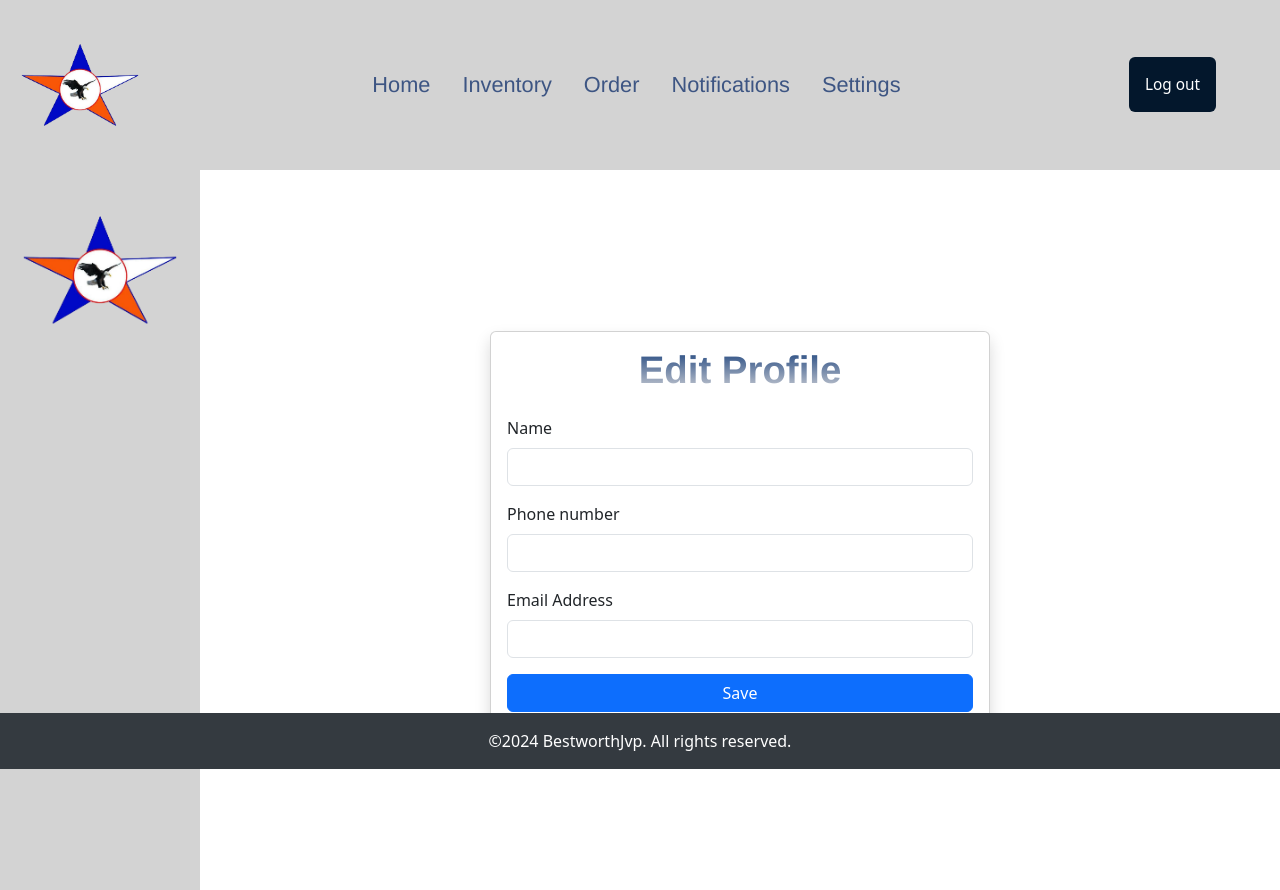
Repository: OVictor21/inventory
Page: /Editprofile
The author's editor kept a copy of each file at every save. The page is drawn from the files as they stood at one save, then again after the next save.
The browser window is 1280 px wide. The pictures show the whole page.
The project was rebuilt for these pictures with package versions that can differ from the ones it lists, and the page was loaded fresh each time. Also part of the build but not shown: src/components/login.jsx, src/components/signup.jsx, src/components/reset1.jsx, src/components/reset2.jsx, src/pages/Admin.jsx, src/pages/setting.jsx.

Above is the page before, as saved 2024-12-16 22:20:25.

### src/index.css

.logo {
  background-size: cover;
  background-repeat: no-repeat;
  background-position: center;
  height: auto;
  width:9rem ;
}

.sign-in{
  width: 40vw;
  height: 65vw;
  left: 45vw;
  top: -10vw;
  overflow: hidden;
}

.login {
  display: flex;
  flex-direction: column;
  min-height: 100vh;
  overflow: hidden;

}

.nav-body {
  flex-grow: 1;
  background-color: #D3D3D3;
  width: 35vw;
  height: 65vw;
}

.text{
  top: 5vw;
  left: 6vw;
  background: linear-gradient(180deg, rgb(51, 85, 136) 13.5%, rgb(206, 208, 214) 100%);
  -webkit-background-clip: text !important;
  background-clip: text;
  -webkit-text-fill-color: transparent;
  text-fill-color: transparent;
  font-family: "Montserrat-Bold", Helvetica;
  font-weight: 700;
  color: transparent;
  font-size: 4vw;
  letter-spacing: 0;
  line-height: normal;
}



.text-wrapper-8 {
  background: linear-gradient(180deg, rgb(51, 85, 136) 13.5%, rgb(206, 208, 214) 100%);
  -webkit-background-clip: text !important;
  background-clip: text;
  -webkit-text-fill-color: transparent;
  text-fill-color: transparent;
  font-family: "Montserrat-Bold", Helvetica;
  font-weight: 600;
  color: transparent;
  font-size: 2vw;
  letter-spacing: 0;
  line-height: normal;
  top: 13vw;
  left: 6vw;
}

.email-text{
  font-size: 1.2vw;

}

.email{
  top: 17vw;
  left: 6vw;
}

.email-in{
  top: 23vw;
  left: 6vw;
  width: 80%;
  max-width: 80%;
  height: 5%;
}

.pass{
  top: 27vw;
  left: 6vw;
}

.pass-in{
  top: 33vw;
  left: 6vw;
  width: 80%;
  max-width: 80%;
  height: 5%;

}

.text-wrapper-7{
  font-family: "Montserrat-Regular", Helvetica;
  font-weight: 400;
  color: #00000061;
  font-size: 1.3vw;
  letter-spacing: 0;
  line-height: normal;
  top: 30vw;
  text-decoration: none;
  right: 2vw;
}



.sign-btn{
  background: linear-gradient(180deg, rgb(51, 85, 136) 93.5%, rgb(206, 208, 214) 97%);
  font-family: "Montserrat-Bold", Helvetica;
  font-weight: 700;
  font-size: 1.5rem;
  letter-spacing: 0;
  line-height: normal;
  width: 80%;
  height: 3rem;
  top: 42vw;
  left: 6vw;
  /* box-shadow: 0px 22px 75px #00000040; */
}


.acct{
  font-family: "Montserrat-Regular", Helvetica;
  font-weight: 700;
  color: #000000;
  font-size: 1.5vw;
  letter-spacing: 0;
  line-height: normal;
  top: 52vw;
  left: 6vw;
}

.acct-1{
  font-family: "Montserrat-Bold", Helvetica;
  font-weight: 700;
  color: rgb(51, 85, 136);
  font-size: 1.5vw;
  text-decoration: none;
  letter-spacing: 0;
  line-height: normal;
  top: 52vw;
  right: 3vw;
}



.pass-text{
font-size: 1.2vw;
}
.footer-body {
  background-color: #343a40; /* Example background color */
  text-align: center;
  padding: 1rem 0;
  margin-top: auto; /* Pushes the footer to the bottom */
}



.side{
  background-color: #D3D3D3;
}
.footers{
  top: 99vh;
  right: 0vw;
  background-color: #343a40;
}

.signuptext{
  top: 5vw;
  left: 6vw;
  background: linear-gradient(180deg, rgb(51, 85, 136) 13.5%, rgb(206, 208, 214) 100%);
  -webkit-background-clip: text !important;
  background-clip: text;
  -webkit-text-fill-color: transparent;
  text-fill-color: transparent;
  font-family: "Montserrat-Bold", Helvetica;
  font-weight: 700;
  color: transparent;
  font-size: 3vw;
  letter-spacing: 0;
  line-height: normal;
}

.nav{
  background-color: #D3D3D3;
}

.logo{
  width: 10vw;
  height: 7vw;
}

nav {
  background-color: #D3D3D3;

}


.navbar-brand img {
  max-width: 10vw;
  min-width: 5vw;
}

.navv{
  color: white;
}

.nav-text-current {
  font-family: "Montserrat", Helvetica;
  font-weight: 700;
  color: #ffffff;
  font-size: 1.5vw;
}

.nav-text {
  font-family: "Montserrat", Helvetica;
  font-weight: 700;
  color: #ffffff;
  font-size: 2.5vw;

}

.nav-link.nav-text {
  font-family: "Montserrat", Helvetica;
  font-weight: 400;
  color: #3d5583 !important;
  font-size: 1.7vw;
}

.navbar-nav .nav-link.nav-text:hover {
  color: rgb(143, 174, 240) !important;
}

.logout{
  background-color: #03172c !important;
}

.logout:hover {
  color: rgb(143, 174, 240) !important;
}

.nav-link.nav-text-2{
  color: white;
  font-size: 1.2vw;
}

.nav-link.nav-text-2:hover{
  color: rgb(143, 174, 240) !important;
}

.admin-body{
  background-color: #03172c;
}

.inventory{
  width: 35vw;
  height: 10vw;
  background-color:rgb(143, 174, 240) ;
  overflow: hidden;
}

.inventory-logo{
  width: 5vw;
  height: 3vw;
}

.admin-text{
  font-size: 2vw;
  font-weight: 600;
  color: #03172c ;
  left: 16vw;
  top:3vw;
}

.admin-footer {
  background-color: #343a40; /* Example background color */
  text-align: center;
  padding: 1rem 0;
  margin-top: auto; /* Pushes the footer to the bottom */
}

.admin-logo{
  left: 5vw;
  top:2vw;
}
.setting-body{
  background-color: #03172c;
}
.setting{
  width: 30vw;
  height: 38vw;
  background-color:rgb(143, 174, 240) ;
  overflow: hidden;
  left: 36vw;
  top: 10vw;
}

.user-logo{
  width: 3vw;
  height: 3vw;
}

.profile-logo{
  left: 3vw;
  top:4vw;
}

.user-text{
  font-size: 2vw;
  font-weight: 600;
  color: #03172c ;
  left: 8vw;
  top:4vw;
}

.security-text{
  font-size: 2vw;
  font-weight: 600;
  color: #03172c ;
  left: 8vw;
  top:8vw;
}

.notify-text{
  font-size: 2vw;
  font-weight: 600;
  color: #03172c ;
  left: 8vw;
  top:12vw;
}

.help-text{
  font-size: 2vw;
  font-weight: 600;
  color: #03172c ;
  left: 8vw;
  top:16vw;
}

.acc-text{
  font-size: 2vw;
  font-weight: 600;
  color: #03172c ;
  left: 8vw;
  top:20vw;
}

.logout-text{
  font-size: 2vw;
  font-weight: 600;
  color: #03172c ;
  left: 8vw;
  top:24vw;
}

.logout-text:hover{
  color: rgb(46, 105, 231) !important;
}

.acc-text:hover{
  color: rgb(46, 105, 231) !important;
}

.help-text:hover{
  color: rgb(46, 105, 231) !important;
}

.notify-text:hover{
  color: rgb(46, 105, 231) !important;
}

.security-text:hover{
  color: rgb(46, 105, 231) !important;
}

.user-text:hover{
  color: rgb(46, 105, 231) !important;
}

.security-logo{
  left: 3vw;
  top:8vw;
}

.notify-logo{
  left: 3vw;
  top:12vw;
}

.help-logo{
  left: 3vw;
  top:16vw;
}

.acc-logo{
  left: 3vw;
  top:20vw;
}

.logout-logo{
  left: 3vw;
  top:24vw;
}

.setting-text{
  font-size: 3vw;
  font-weight: 600;
}

### src/App.js
// import Navbar from './components/navbar';
import 'bootstrap/dist/css/bootstrap.min.css';
import { BrowserRouter as Router, Route, Routes } from "react-router-dom";
// import Home from "./components/home";
import Login from "./components/login";
import Signup from './components/signup';
import Reset1 from './components/reset1';
import Reset2 from './components/reset2';
import Admin from './pages/Admin';
import Setting from './pages/setting';
import Editprofile from './pages/editprofile';



function App() {
  return (
    <div className="App">
      <Router>
      <Routes>
        <Route path="/Login" element={<Login />} />
        <Route path="/Signup" element={<Signup/>} />
        <Route path='/Reset1' element={<Reset1/>} />
        <Route path='/Reset2' element={<Reset2 />} />
        <Route path='/Admin' element={<Admin/>} />
        <Route path='/Setting' element={<Setting/>}/>
        <Route path='/Editprofile' element={<Editprofile/>}/>

      </Routes>
    </Router>
    </div>
  );
}

export default App;

### src/pages/editprofile.jsx
import Navbar from "../components/navbar";

const Editprofile = () => {
  return (
   <div>  <Navbar/>
    <div className="d-flex">

    <div className="side text-white d-flex flex-column align-items-center p-3 vh-100" style={{ width: '200px' }}>
      <a href="/" className="d-block mb-4">
        <img
          src="./logo.png"
          alt="Logo"
          className="img-fluid"
        />
      </a>
    </div>


    <div className="flex-grow-1 d-flex flex-column justify-content-center align-items-center p-4">
      <div className="card shadow p-3" style={{ maxWidth: '500px', width: '100%' }}>
        <h3 className="text-center mb-4 signuptext">Edit Profile</h3>
        <form>
          <div className="mb-3">
            <label htmlFor="name" className="form-label">
              Name
            </label>
            <input type="text" className="form-control" id="name" required />
          </div>
          <div className="mb-3">
            <label htmlFor="name" className="form-label">
              Phone number
            </label>
            <input type="text" className="form-control" id="name" required />
          </div>
          <div className="mb-3">
            <label htmlFor="email" className="form-label">
              Email Address
            </label>
            <input type="email" className="form-control" id="email" required />
          </div>

          <div className="d-grid">
            <button type="submit" className="btn btn-primary">
              Save
            </button>
          </div>


        </form>
      </div>

      {/* Footer */}
      <footer className="mt-auto text-center py-3 w-100 position-absolute footers text-white ">
        <p className="mb-0">&copy;2024 BestworthJvp. All rights reserved.</p>

      </footer>
    </div>
  </div>
  </div>
  )
}

export default Editprofile;

### src/components/navbar.jsx
import 'bootstrap/dist/js/bootstrap.bundle.min';

const Navbar = () => {
  return (
    <nav className="navbar navbar-expand-md justify-content-center p-3 z-1">

    <a className="navbar-brand d-flex me-auto" href="all">
        <img class="block w-100" src="/logo.png" alt="Logo"/>
    </a>
   <button class="navbar-toggler ms-auto" type="button" data-bs-toggle="collapse"
                data-bs-target="#collapseNavbar">
                <span class="navbar-toggler-icon"></span>
            </button>
    <div className="navbar-collapse collapse" id="collapseNavbar">

        <ul className="navbar-nav justify-content-center w-100">
            <li class="nav-item m-2 ">
                <a className="nav-link nav-text" href="/Home">Home</a>
            </li>

            <li className="nav-item m-2">
                <a className="nav-link nav-text" href="/Iventory">Inventory</a>
            </li>
            <li className="nav-item m-2">
                <a className="nav-link nav-text" href="/Order">Order</a>
            </li>
            <li className="nav-item m-2">
                <a className="nav-link nav-text" href="/Notifications">Notifications</a>
            </li>
            <li className="nav-item m-2">
                <a className="nav-link nav-text" href="/Setting">Settings</a>
            </li>

        </ul>

        <ul className="navbar-nav ms-auto justify-content-end mx-5">
                    <li className="nav-item logout p-2 rounded-2">
                        <a className="nav-link nav-text-2 text-nowrap" href="/Sign in/index.html">Log out</a>
                    </li>
                </ul>
    </div>
</nav>
  )
}

export default Navbar;


<script src="https://cdn.jsdelivr.net/npm/bootstrap@5.3.0/dist/js/bootstrap.bundle.min.js"></script>

Loaded but not shown: public/index.html (common file); src/index.js (common file); src/reportWebVitals.js (common file)

After the next save:
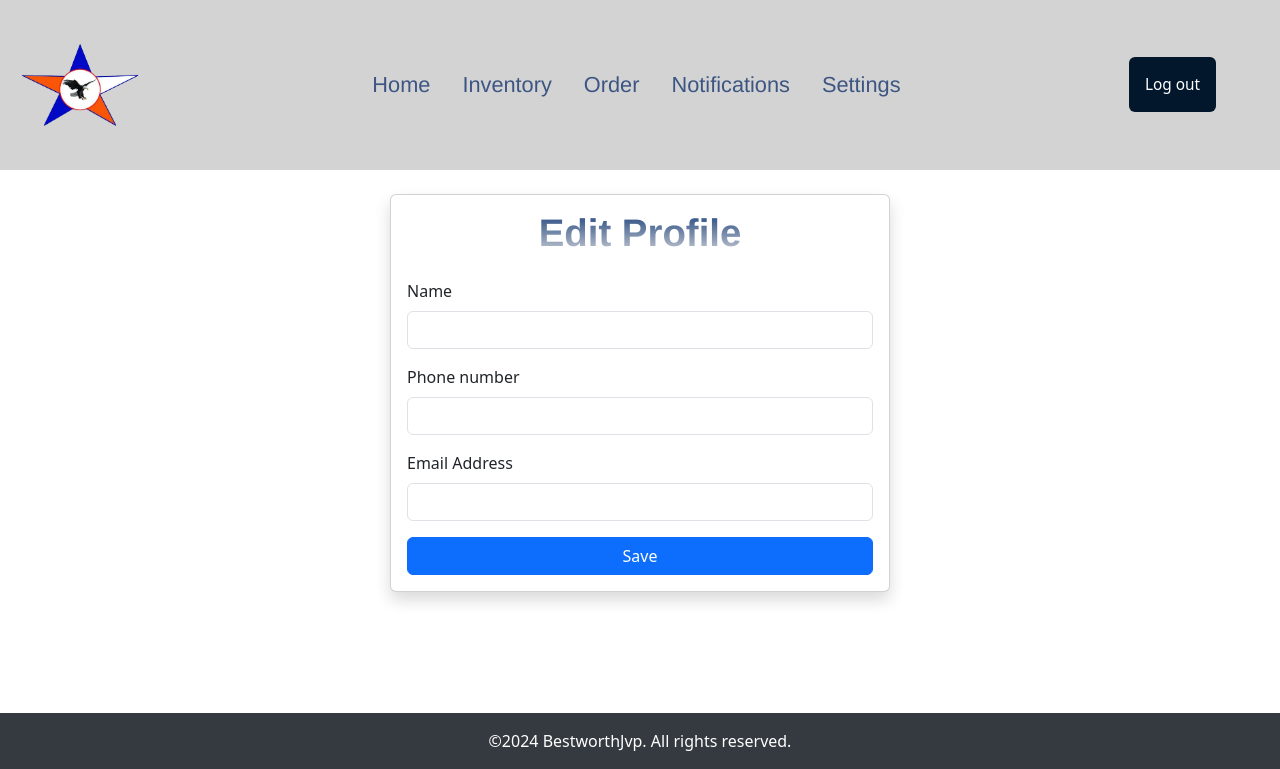
Saved 119 s later.
--- a/src/pages/editprofile.jsx
+++ b/src/pages/editprofile.jsx
@@ -4,16 +4,6 @@ const Editprofile = () => {
   return (
    <div>  <Navbar/>
     <div className="d-flex">
-
-    <div className="side text-white d-flex flex-column align-items-center p-3 vh-100" style={{ width: '200px' }}>
-      <a href="/" className="d-block mb-4">
-        <img
-          src="./logo.png"
-          alt="Logo"
-          className="img-fluid"
-        />
-      </a>
-    </div>
 
 
     <div className="flex-grow-1 d-flex flex-column justify-content-center align-items-center p-4">
